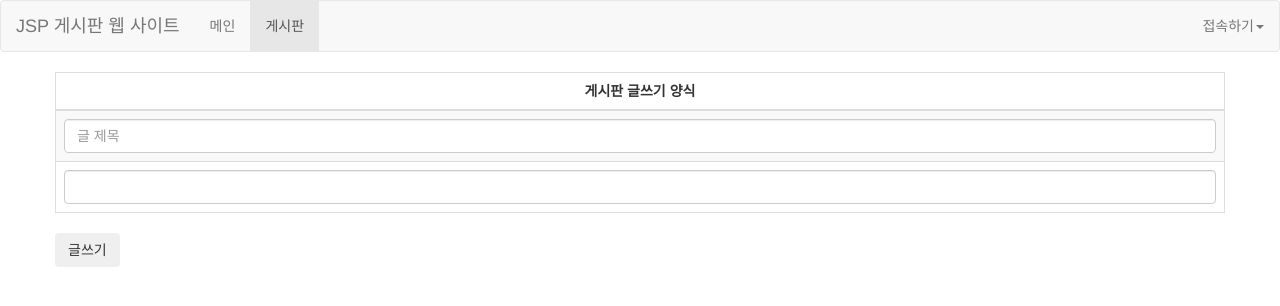
Repository: Jeongyounghyeon/JSP_board
Page: http://localhost/BBS/view.jsp
These files come from the project's save history. The page is drawn as it stood at one moment and after the next save; the edit follows.
The browser window is 1280 px wide. The pictures show the whole page.
Some web libraries are served in a nearby version. The page is served by Tomcat 9.

Above is the page before, as saved 2022-04-06 13:12:25.

After the next save:
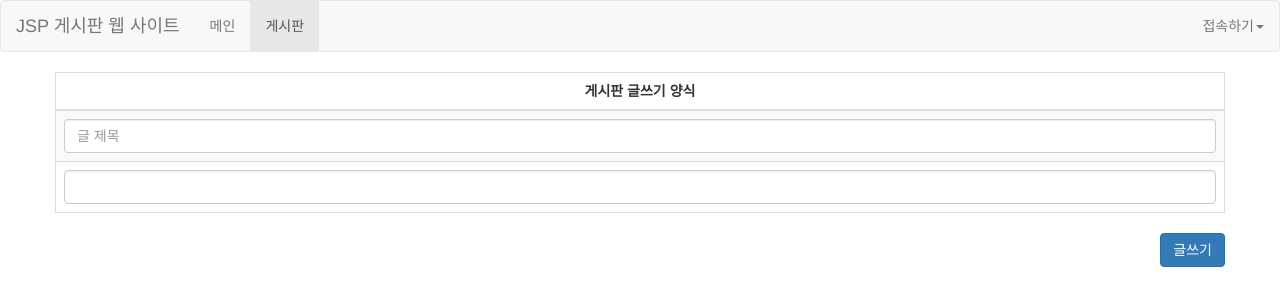
Saved 117 s later.
--- a/projects/BBS/src/main/webapp/view.jsp
+++ b/projects/BBS/src/main/webapp/view.jsp
@@ -82,7 +82,7 @@
 					</tr>
 				</tbody>
 			</table>
-			<input type = "submit" class = "btn btn-priamry pull-right>" value= "글쓰기"</a>
+			<input type = "submit" class = "btn btn-primary pull-right" value = "글쓰기">
 		</form>
 
 
